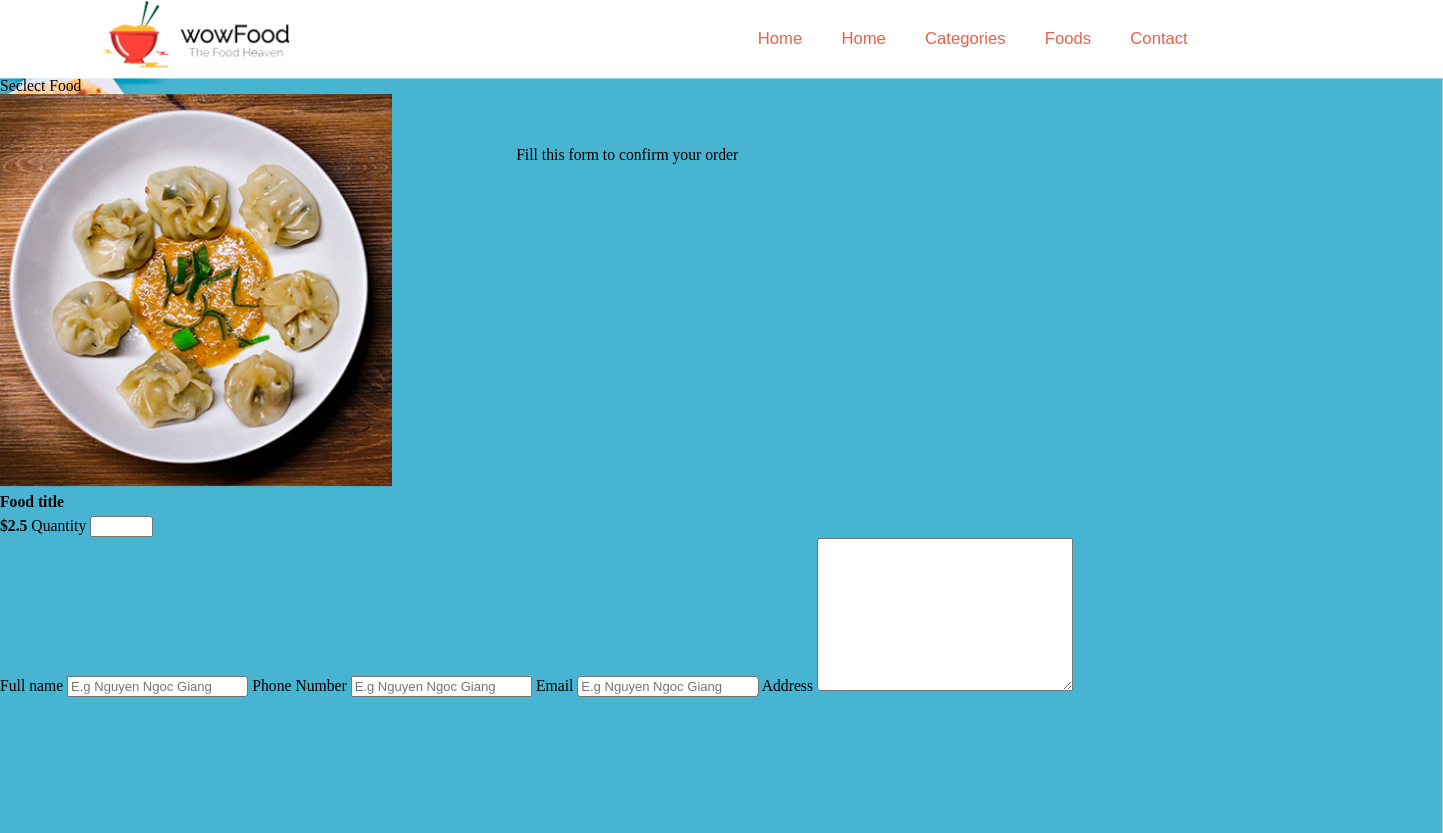
Repository: ruaruababa/WowFood
Page: order.html
These files come from the project's save history. The page is drawn as it stood at one moment and after a run of saves; the edit follows.
The browser window is 1280 px wide. The page is 1472 px wide, so the pictures cover 1472 px, including what lies to the right of the window. The pictures show the whole page, at 98% of full size.

Above is the page before, as saved 2021-09-19 22:02:38.

After the next 2 saves:
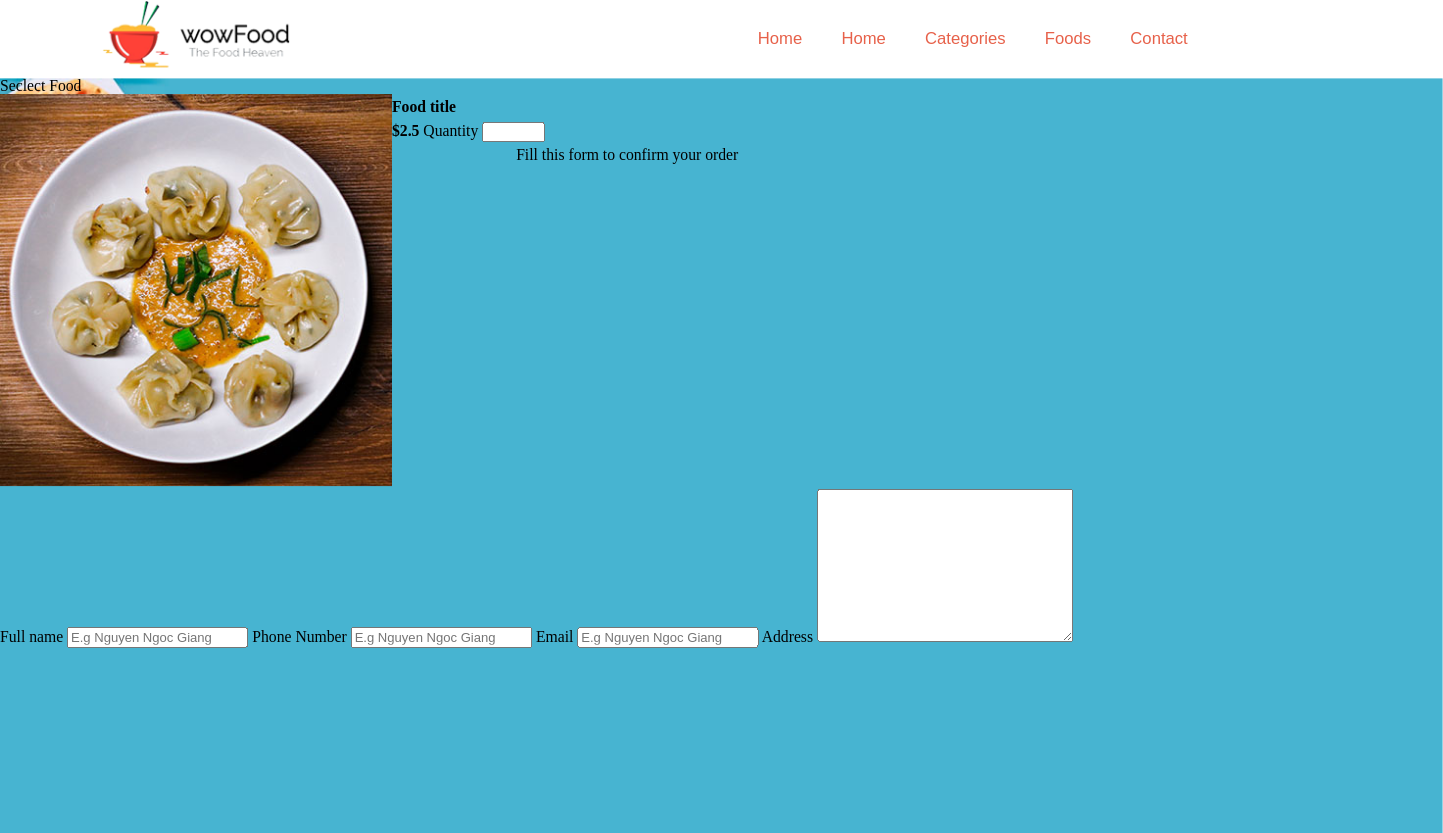
The 2 saves are shown as one change because they came seconds apart.
The last was saved 9 s later.
--- a/order.css
+++ b/order.css
@@ -7,4 +7,6 @@
     transform: translateX(-50%);
     padding-top: 70px;
 }
-.contai
+.container-seclect-food{
+    display: flex;
+}
